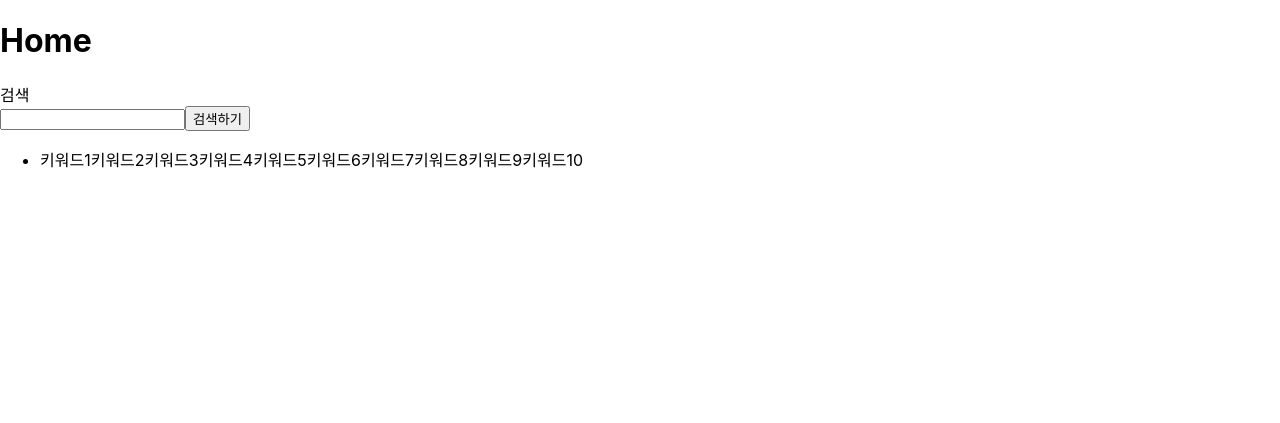
Repository: sunoo-lee/Star-Explore
Page: /
These files come from the project's save history. The page is drawn as it stood at one moment and after the next save; the edit follows.
The browser window is 1280 px wide. The pictures show the whole page.
The project was rebuilt for these pictures with package versions that can differ from the ones it lists, and the page was loaded fresh each time.

Above is the page before, as saved 2022-10-14 03:06:03.

After the next save:
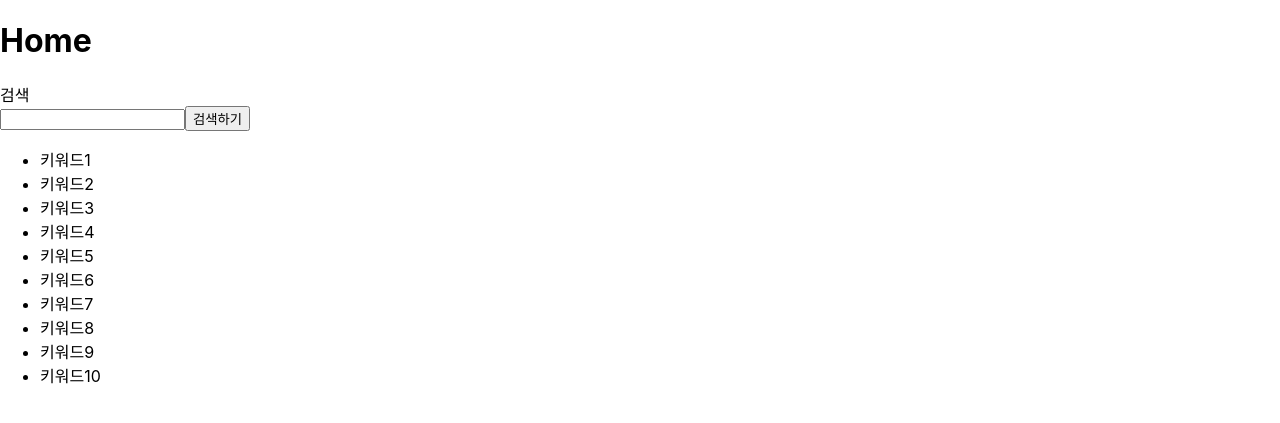
Saved 35 s later.
--- a/src/routes/Home.js
+++ b/src/routes/Home.js
@@ -14,14 +14,32 @@ const Home = () => {
           <ul>
             <li>
               <span>키워드1</span>
+            </li>
+            <li>
               <span>키워드2</span>
+            </li>
+            <li>
               <span>키워드3</span>
+            </li>
+            <li>
               <span>키워드4</span>
+            </li>
+            <li>
               <span>키워드5</span>
+            </li>
+            <li>
               <span>키워드6</span>
+            </li>
+            <li>
               <span>키워드7</span>
+            </li>
+            <li>
               <span>키워드8</span>
+            </li>
+            <li>
               <span>키워드9</span>
+            </li>
+            <li>
               <span>키워드10</span>
             </li>
           </ul>
